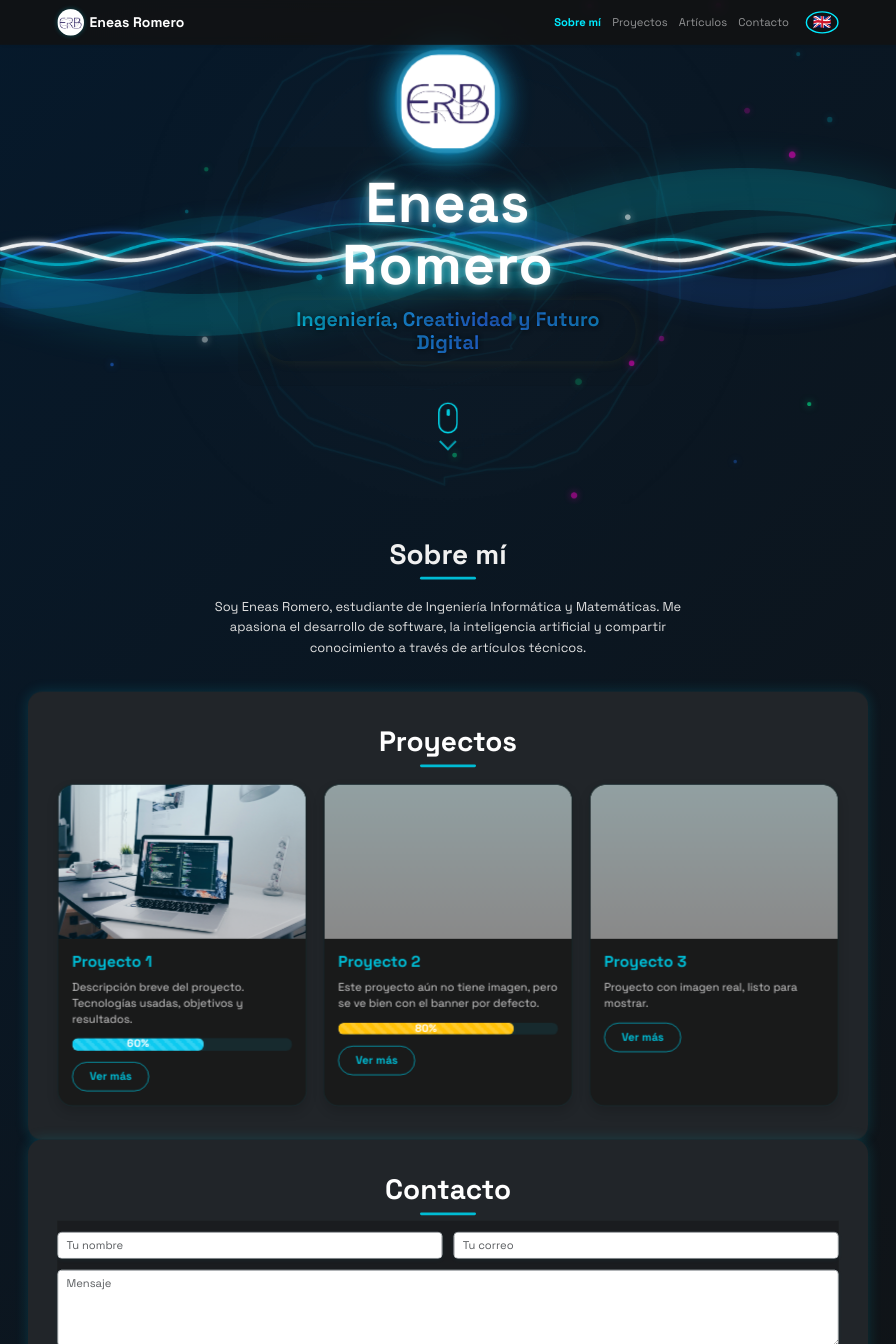
Repository: enerombar/enerombar.github.io
Page: index.html
The author's editor kept a copy of each file at every save. The page is drawn from the files as they stood at one save, then again after the next save.
The browser window is 1280 px wide. The pictures show the part of the page from y = 0 to 1920 px (the page is 2857 px tall before and 2161 px after), at 70% of full size.
Pictures or frames that could not be fetched are drawn as grey boxes. Some web libraries are served in a nearby version.

Above is the page before, as saved 2025-06-27 01:52:21.

After the next save:
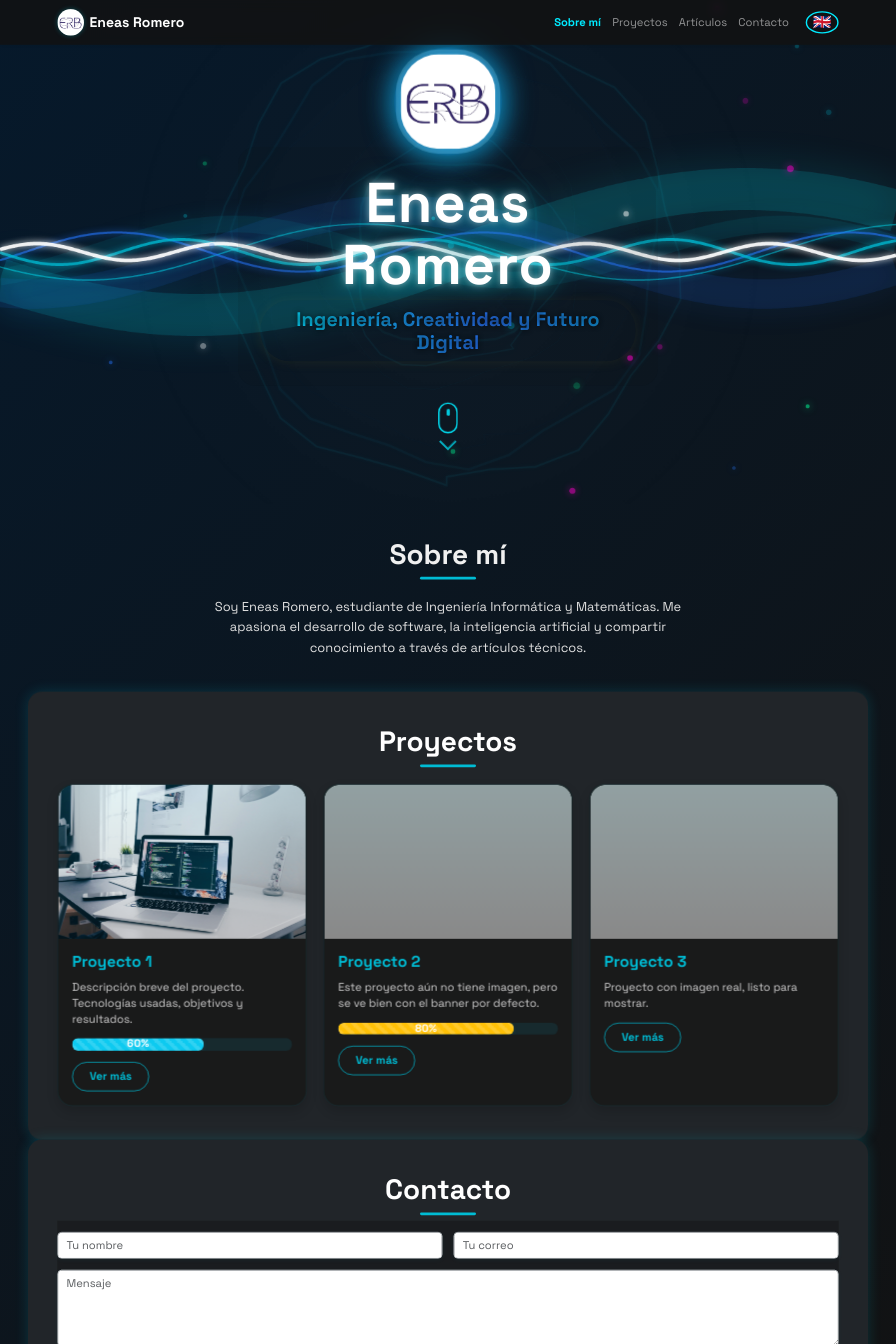
Console error: SyntaxError: Identifier 'translations' has already been declared
Saved 3 min 39 s later.
--- a/index.html
+++ b/index.html
@@ -205,8 +205,7 @@
   <script src="https://cdn.jsdelivr.net/npm/bootstrap@5.3.0/dist/js/bootstrap.bundle.min.js"></script>
   <script src="https://cdn.jsdelivr.net/npm/aos@2.3.4/dist/aos.js"></script>
   <script src="scripts.js"></script>
-</body>
-</html>
+  <script>
     window.addEventListener('load', function() {
       setTimeout(() => {
         document.getElementById('loading-screen').classList.add('hide');
@@ -351,3 +350,4 @@
   </script>
 </body>
 </html>
+</html>
